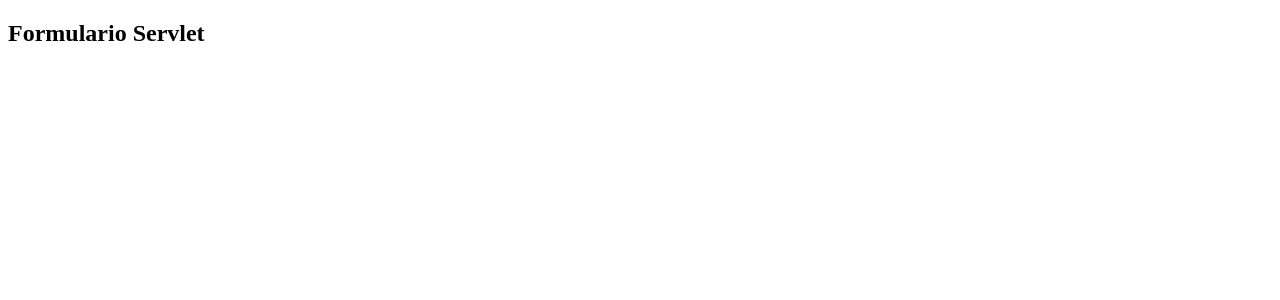
Repository: SRubiRosales/JavaBasico
Page: http://localhost/ManejoFormulariosHTML/
An editor plug-in stored every save of this project. The page is shown before and after the next save, followed by the edit.
The browser window is 1280 px wide. The pictures show the whole page.
The page is served by Tomcat 9.

Above is the page before, as saved 2022-04-25 22:12:53.

### ManejoFormulariosHTML/src/main/webapp/index.jsp
<!DOCTYPE html>
<html>
	<head>
		<title>Ejercicio Formulario</title>
		<meta http-equiv="Content-Type" content="text/html; charset=UTF-8">
		<link rel="stylesheet" type="text/css" href="resources/styles.css">
		<script type="text/javascript" src="resources/functions.js"></script>
	</head>
	<body>
		<h2>Formulario Servlet</h2>
		<form name="form1" action="servlet" method="POST" onSubmit="return validarForma(this)"><!-- El formulario responde al servlet del action -->
			<input type="hidden" name="oculto" value="valorOculto">

		</form>
	</body>
</html>

Loaded but not shown: ManejoFormulariosHTML/src/main/webapp/resources/styles.css (common file); ManejoFormulariosHTML/src/main/webapp/resources/functions.js (common file)

After the next save:
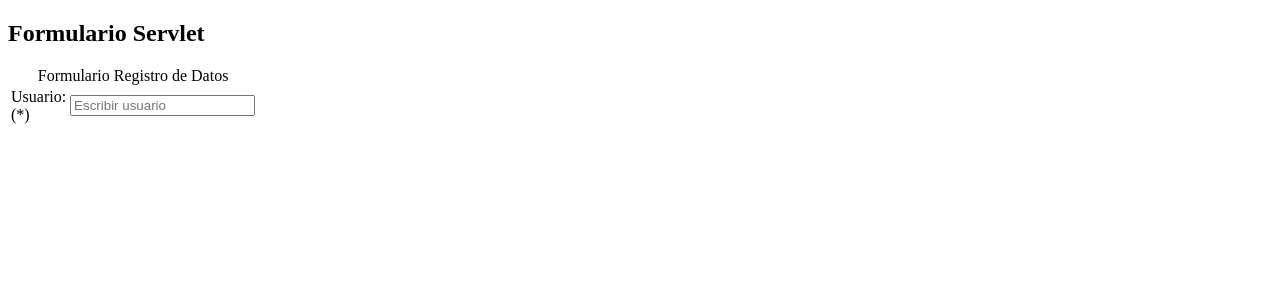
Saved 3 min 50 s later.
--- a/ManejoFormulariosHTML/src/main/webapp/index.jsp
+++ b/ManejoFormulariosHTML/src/main/webapp/index.jsp
@@ -9,8 +9,17 @@
 	<body>
 		<h2>Formulario Servlet</h2>
 		<form name="form1" action="servlet" method="POST" onSubmit="return validarForma(this)"><!-- El formulario responde al servlet del action -->
-			<input type="hidden" name="oculto" value="valorOculto">
-
+			<input type="hidden" name="oculto" value="valorOculto"></input>
+			<table width="200" id="enfasis-columna">
+				<caption>Formulario Registro de Datos</caption>
+				<tr>
+					<td class="columna">Usuario: (*)</td>
+					<td>
+						<input class="default" type="text" name="usuario" placeholder="Escribir usuario"></input>
+					</td>
+				</tr>
+			</table>
+			<input type="hidden" name="oculto" value="valorOculto"></input>
 		</form>
 	</body>
 </html>
